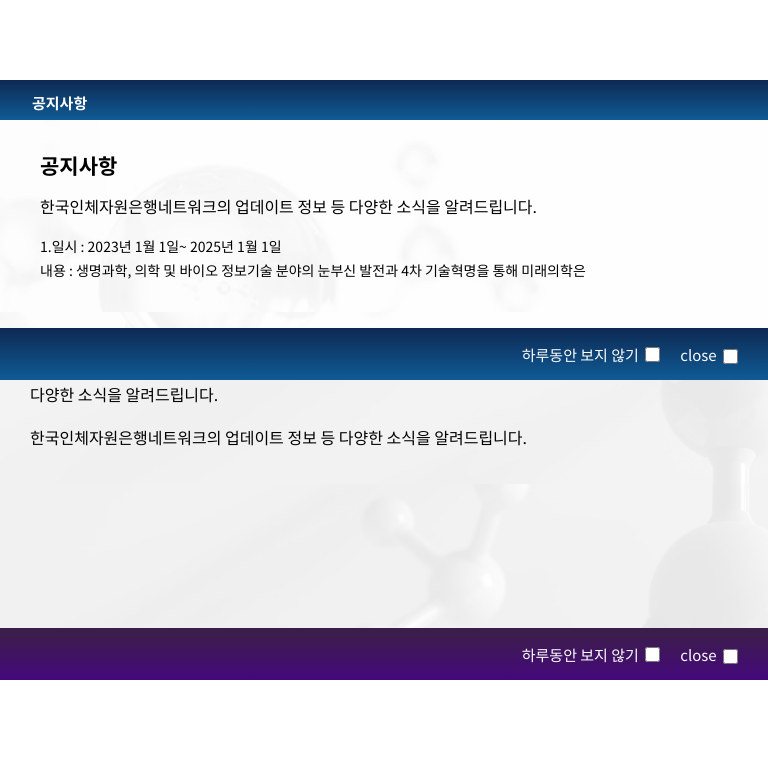
Repository: dlgywls1130/common_popup
Page: index.html
An editor plug-in stored every save of this project. The page is shown before and after the next save, followed by the edit.
The browser window is 768 px wide. The pictures show the whole page.

Above is the page before, as saved 2023-10-26 01:05:14.

### index.html
<!DOCTYPE html>
<html lang="en">
<head>
    <meta charset="UTF-8">
    <meta name="viewport" content="width=device-width, initial-scale=1.0">
    <title>Document</title>

    <link rel="stylesheet" href="./style.css">
</head>
<body>

    <!-- 첫번째 팝업 -->
    <div class="common_modal blue">
        <div class="common_head ">
            공지사항
        </div>
        <div class="common_body">
            <h2 class="common_body_head">
                한국인체자원은행네트워크 공지사항
            </h2>
            <div class="common_body_span">
                한국인체자원은행네트워크의 업데이트 정보 등
                <br>다양한 소식을 알려드립니다.
            </div>
            <div class="common_body_descript">
                <p>1.일시 : 2023년 1월 1일~ 2025년 1월 1일</p>
                <p>2. 내용 : 생명과학, 의학 및 바이오 정보기술 분야의 눈부신
                발전과 4차 기술혁명을 통해 미래의학은 질병의 예방, 진단,
                예후분석, 치료에 있어서 인류가 상상하지 못했던 꿈을 현실로
                실현할 것으로 예상되고 있습니다.</p>
            </div>
        </div>
        <div class="common_footer">
            <div class="day_off">
                <label for="all-none">하루동안 보지 않기</label>
                <input id="all-none" type="checkbox">
            </div>
            <div class="day_close">
                <label for="closechk">close</label>
                <input id="closechk" type="checkbox">
            </div>
        </div>
    </div>

    <!-- 두번째 팝업 -->
    <div class="common_modal orange">
        <div class="common_head">
            공지사항
        </div>
        <div class="common_body">
            <h2 class="common_body_head">
                한국인체자원은행네트워크 공지사항
            </h2>
            <div class="common_body_span">
                한국인체자원은행네트워크의 업데이트 정보 등
                <br>다양한 소식을 알려드립니다.
            </div>
            <div class="common_body_descript mb-34">
                <p>1.일시 : 2023년 1월 1일~ 2025년 1월 1일</p>
                <p>2. 내용 : 생명과학, 의학 및 바이오 정보기술 분야의 눈부신
                발전과 4차 기술혁명을 통해 미래의학은 질병의 예방, 진단,
                예후분석, 치료에 있어서 인류가 상상하지 못했던 꿈을 현실로
                실현할 것으로 예상되고 있습니다.</p>
            </div>
            <div class="common_body_span">
                한국인체자원은행네트워크의 업데이트 정보 등
                <br>다양한 소식을 알려드립니다.
            </div>
            <div class="common_body_descript">
                <p>1.일시 : 2023년 1월 1일~ 2025년 1월 1일</p>
                <p>2. 내용 : 생명과학, 의학 및 바이오 정보기술 분야의 눈부신
                발전과 4차 기술혁명을 통해 미래의학은 질병의 예방, 진단,
                예후분석, 치료에 있어서 인류가 상상하지 못했던 꿈을 현실로
                실현할 것으로 예상되고 있습니다.</p>
            </div>
        </div>
        <div class="common_footer">
            <div class="day_off">
                <label for="all-none">하루동안 보지 않기</label>
                <input id="all-none" type="checkbox">
            </div>
            <div class="day_close">
                <label for="closechk">close</label>
                <input id="closechk" type="checkbox">
            </div>
        </div>
    </div>

    <!-- 세번째팝업 -->
    <div class="common_modal purple">
        <div class="common_head">
            공지사항
        </div>
        <div class="common_body">
            <h2 class="common_body_head">
                한국인체자원은행네트워크 공지사항
            </h2>
            <div class="common_body_span">
                한국인체자원은행네트워크의 업데이트 정보 등
                <br>다양한 소식을 알려드립니다.
            </div>
            <div class="common_body_descript mb-34">
                <p>1.일시 : 2023년 1월 1일~ 2025년 1월 1일</p>
                <p>2. 내용 : 생명과학, 의학 및 바이오 정보기술 분야의 눈부신
                발전과 4차 기술혁명을 통해 미래의학은 질병의 예방, 진단,
                예후분석, 치료에 있어서 인류가 상상하지 못했던 꿈을 현실로
                실현할 것으로 예상되고 있습니다.</p>
            </div>
            <div class="common_body_span">
                한국인체자원은행네트워크의 업데이트 정보 등
                <br>다양한 소식을 알려드립니다.
            </div>
            <p>한국인체자원은행네트워크의 업데이트 정보 등 다양한 소식을
                알려드립니다.</p>
        </div>
        <div class="common_footer">
            <div class="day_off">
                <label for="all-none">하루동안 보지 않기</label>
                <input id="all-none" type="checkbox">
            </div>
            <div class="day_close">
                <label for="closechk">close</label>
                <input id="closechk" type="checkbox">
            </div>
        </div>
    </div>

    <!-- 네번째 팝업 -->
    <div class="common_modal sky">
        <div class="common_head">
            공지사항
        </div>
        <div class="common_body">
            <h2 class="common_body_head">
                공지사항
            </h2>
            <div class="common_body_span mb-34">
                한국인체자원은행네트워크의 업데이트 정보 등
                다양한 소식을 알려드립니다.
            </div>
            <div class="common_body_descript">
                <p>1.일시 : 2023년 1월 1일~ 2025년 1월 1일</p>
                <p>내용 : 생명과학, 의학 및 바이오 정보기술 분야의
                    눈부신 발전과 4차 기술혁명을 통해 미래의학은</p>
            </div>
        </div>
        <div class="common_footer">
            <div class="day_off">
                <label for="all-none">하루동안 보지 않기</label>
                <input id="all-none" type="checkbox">
            </div>
            <div class="day_close">
                <label for="closechk">close</label>
                <input id="closechk" type="checkbox">
            </div>
        </div>
    </div>
</body>

<script src="main.js"></script>
</html>

### style.css


@import url('https://fonts.googleapis.com/css2?family=Noto+Sans+KR:wght@300;400;500;700&display=swap');

html, body, div, span, applet, object, iframe,
h1, h2, h3, h4, h5, h6, p, blockquote, pre,
a, abbr, acronym, address, big, cite, code,
del, dfn, em, img, ins, kbd, q, s, samp,
small, strike, strong, sub, sup, tt, var,
b, u, i, center,
dl, dt, dd, ol, ul, li,
fieldset, form, label, legend,
table, caption, tbody, tfoot, thead, tr, th, td,
article, aside, canvas, details, embed,
figure, figcaption, footer, header, hgroup,
menu, nav, output, ruby, section, summary,
time, mark, audio, video {
	margin: 0;
	padding: 0;
	border: 0;
	font-size: 100%;
	font: inherit;
	vertical-align: baseline;
}

.mb-34{margin-bottom: 34px;}

/* common modal */

.common_modal{
    font-family: 'Noto Sans KR', sans-serif;
    position: relative;
    display: block;

    position: absolute;
    top: 10%;
}

.common_modal .common_head{
    height: 52px;
    color: #fff;
    width: 100%;
    text-align: left;
    font-size: 20px;
    font-weight: 700;
    padding: 10px 55px;
    box-sizing: border-box;
}

.common_modal.blue {
    width: 600px;
    height: 600px;
    background: url('../img/bg1.jpg')no-repeat;
    background-size: cover;
    left: 10%;
}

.common_modal.orange {
    width: 800px;
    height: 800px;
    background: url('../img/bg2.jpg')no-repeat;
    background-size: cover;
    left: 20%;
}

.common_modal.purple {
    width: 700px;
    height: 700px;
    background: url('../img/bg3.jpg')no-repeat;
    background-size: cover;
    left: 30%;
}

.common_modal.sky {
    width: 500px;
    height: 500px;
    background: url('../img/bg4.jpg')no-repeat;
    background-size: cover;
    left: 50%;
}

.common_modal.blue .common_body{
    background: url('../img/bg1.jpg')no-repeat;
    background-size: cover;
    width: 100%;
    padding: 35px 50px;
    box-sizing: border-box;
}

.common_modal.orange .common_body{
    background: url('../img/bg2.jpg')no-repeat;
    background-size: cover;
    width: 100%;
    padding: 35px 50px;
    box-sizing: border-box;
}

.common_modal.purple .common_body{
    background: url('../img/bg3.jpg')no-repeat;
    background-size: cover;
    width: 100%;
    padding: 35px 50px;
    box-sizing: border-box;
}

.common_modal.sky .common_body{
    background: url('../img/bg4.jpg')no-repeat;
    background-size: cover;
    width: 100%;
    padding: 30px 40px;
    box-sizing: border-box;
}

.common_footer{
    position: absolute;
    bottom: 0;
    left: 0;
    width: 100%;
    height: 52px;
    display: flex;
    align-items: center;
    justify-content: flex-end;
    padding: 20px 30px;
    box-sizing: border-box;
}

.common_footer .day_off label,
.common_footer .day_close label{
    color: #fff;
    font-size: 15px;
    font-weight: 300;
    margin-right: 0.4rem;

}
.day_close input{
    margin-top: 0.3rem!important;
}
.common_footer .day_off{
    margin-right: 20px;
    display: flex;
    align-items: center;
}

.common_footer .day_close {
    display: flex;
    align-items: center;
}

.common_footer input[type="checkbox" i] {
    width: 15px;
    height: 15px;
    background-color: #fff;
    border: none;
    margin: 0;
}

.common_modal.blue .common_head,
.common_modal.blue .common_footer
{
    background: linear-gradient(180deg, rgba(13,41,83,1) 0%, rgba(22,37,128,1) 100%);
}

.common_modal.orange .common_head,
.common_modal.orange .common_footer
{
    background: linear-gradient(180deg, rgba(221,85,25,1) 0%, rgba(230,155,24,1) 100%);
}

.common_modal.purple .common_head,
.common_modal.purple .common_footer
{
    background: linear-gradient(180deg, rgba(59,31,71,1) 0%, rgba(69,8,123,1) 100%);
}

.common_modal.sky .common_head,
.common_modal.sky .common_footer
{
    background: linear-gradient(180deg, rgba(13,41,83,1) 0%, rgba(15,91,149,1) 100%);
}


.common_body_head{
    font-size: 30px;
    font-weight: 700;
    margin-bottom: 18px;
}

.common_body_span{
    font-size: 23px;
    font-weight: 500;
    margin-bottom: 18px;
    line-height: 34px;
}

.common_body_descript p{
    font-size: 20px;
    line-height: 35px;
    font-weight: 300;
}

@media screen and (max-width:768px) {
    .common_modal.blue {
        width: 100%;
        height: 500px;
        left: 0;
    }

    .common_modal.orange {
        width: 100%;
        height: 500px;
        left: 0;
    }

    .common_modal.purple {
        width: 100%;
        height: 600px;
        left: 0;
    }

    .common_modal.sky {
        width: 100%;
        height: 300px;
        left: 0;
    }

    .common_body_head {
        font-size: 21px;
        margin-bottom: 13px;
    }

    .common_body_span {
        font-size: 16px;
        line-height: 26px;
    }

    .common_body_descript p {
        font-size: 14px;
        line-height: 24px;
        font-weight: 300;
    }

    .common_modal .common_head {
        height: 40px;
        padding: 12px 32px;
        box-sizing: border-box;
        font-size: 15px;
    }

    .common_modal.purple .common_body{
        padding: 35px 30px;
    }

    .mb-34{
        margin-bottom: 15px;
    }
}

### main.js
// 팝업 닫기 기능
document.querySelectorAll('.day_close input').forEach((closeBtn, index) => {
    closeBtn.addEventListener('change', function() {
        if (this.checked) {
            this.closest('.common_modal').style.display = 'none';
            this.checked = false; // 체크를 해제합니다.
            sessionStorage.removeItem('hideModal' + index); // 해당 팝업의 세션스토리지 정보를 삭제합니다.
        }
    });
});

// 쿠키 설정 함수
function setCookie(name, value, hours) {
    let date = new Date();
    date.setTime(date.getTime() + (hours*60*60*1000));
    let expires = "expires="+date.toUTCString();
    document.cookie = name + "=" + value + ";" + expires + ";path=/";
}

// 쿠키 가져오기 함수
function getCookie(name) {
    let cookieArray = document.cookie.split(';');
    for(let i = 0; i < cookieArray.length; i++) {
        let cookie = cookieArray[i].trim();
        if (cookie.indexOf(name) == 0) {
            return cookie.substring(name.length + 1, cookie.length);
        }
    }
    return "";
}

document.querySelectorAll('.day_off input').forEach((dayOffBtn, index) => {
    dayOffBtn.addEventListener('change', function() {
        if (this.checked) {
            setCookie('hideModal' + index, 'true', 24); // 24시간 동안 쿠키 설정
            this.closest('.common_modal').style.display = 'none';
        }
    });

    if (getCookie('hideModal' + index) === 'true') {
        dayOffBtn.closest('.common_modal').style.display = 'none';
    } else {
        dayOffBtn.closest('.common_modal').style.display = 'block';
    }
});



let isDragging = false;
let currentDragElement = null;
let offsetX, offsetY;

// 마우스 클릭 이벤트 핸들러
document.querySelectorAll(".common_head").forEach((head) => {
  head.addEventListener("mousedown", (e) => {
    isDragging = true;
    currentDragElement = e.target.closest(".common_modal");
    offsetX = e.clientX - currentDragElement.getBoundingClientRect().left;
    offsetY = e.clientY - currentDragElement.getBoundingClientRect().top;
  });
});

// 마우스 이동 이벤트 핸들러
document.addEventListener("mousemove", (e) => {
  if (!isDragging) return;
  const x = e.clientX - offsetX;
  const y = e.clientY - offsetY;
  currentDragElement.style.left = x + "px";
  currentDragElement.style.top = y + "px";
});

// 마우스 클릭 해제 이벤트 핸들러
document.addEventListener("mouseup", () => {
  isDragging = false;
  currentDragElement = null;
});

After the next save:
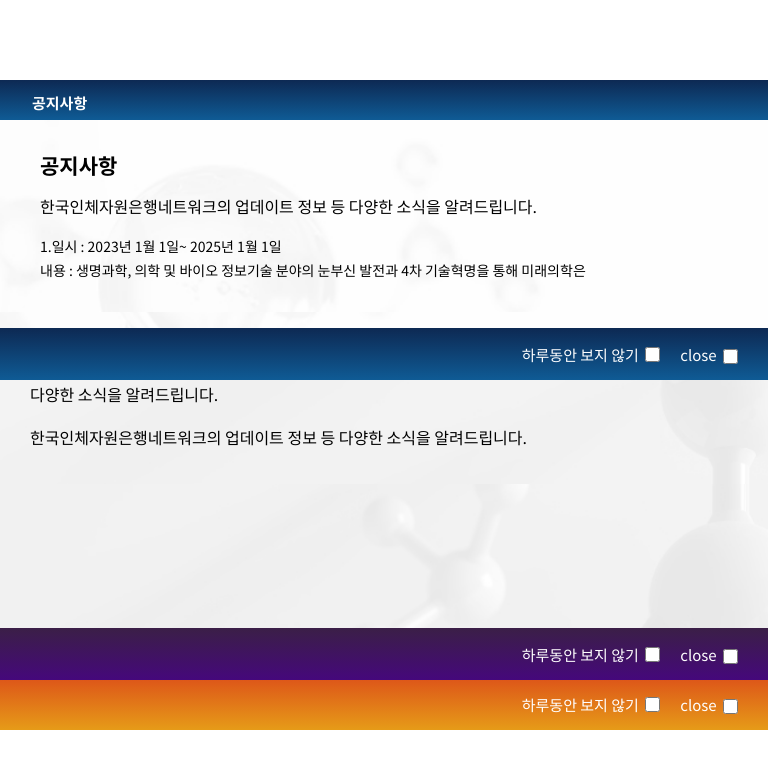
Saved 56 s later.
--- a/style.css
+++ b/style.css
@@ -207,7 +207,7 @@
 
     .common_modal.orange {
         width: 100%;
-        height: 500px;
+        height: 650px;
         left: 0;
     }
 
